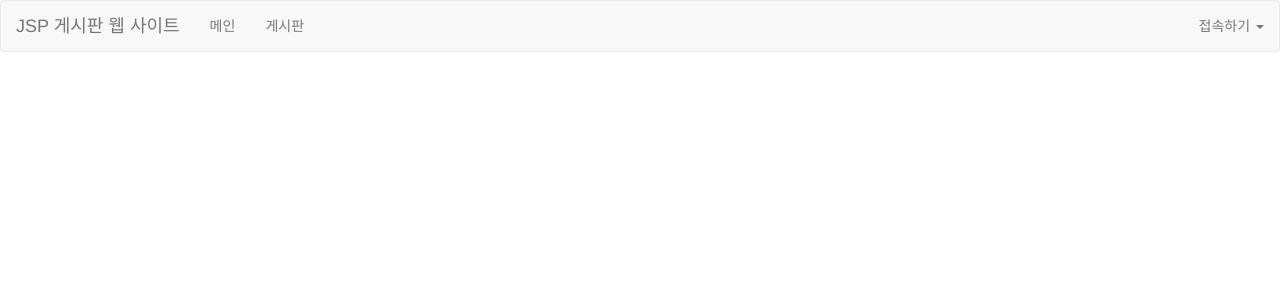
Repository: TheChok/BbsClone
Page: http://localhost/BBS/join.jsp
The author's editor kept a copy of each file at every save. The page is drawn from the files as they stood at one save, then again after the next save.
The browser window is 1280 px wide. The pictures show the whole page.
Some web libraries are served in a nearby version. The page is served by Tomcat 9. Other server files are loaded and not shown.

Above is the page before, as saved 2023-09-20 11:47:08.

### BBS/src/main/webapp/join.jsp
<%@ page language="java" contentType="text/html; charset=UTF-8" pageEncoding="UTF-8"%>
<!DOCTYPE html>
<html>
<head>
	<meta http-equiv="Content-Type" content="text/html; charset=UTF-8">
	<meta name="viewport" content="width=device-width", initial-scale="1">
	<link rel="stylesheet" href="css/bootstrap.css">
	<title>JSP 게시판 웹 사이트</title>

</head>
<body>

	<!-- navbar -->
	<nav class="navbar navbar-default">
		<div class="navbar-header">
			<button type="button" class="navbar-toggle"
				data-toggle="collapse" data-target="#bs-example-navbar-collapse-1"
				aria-expanded="false">
				<span class="icon-bar"></span>
				<span class="icon-bar"></span>
				<span class="icon-bar"></span>
			</button>
			<a class="navbar-brand" href="main.jsp">JSP 게시판 웹 사이트</a>
		</div>
		<div class="collapse navbar-collapse" id="bs-example-navbar-collapse-1">
			<ul class="nav navbar-nav">
				<li><a href="main.jsp">메인</a></li>
				<li><a href="bbs.jsp">게시판</a></li>
			</ul>
			<ul class="nav navbar-nav navbar-right">
				<li class="dropdown">
					<a href="#" class="dropdown-toggle"
						data-toggle="dropdown" role="button" aria-haspopup="true"
						aria-expanded="false">
						접속하기
						<span class="caret"></span>
					</a>
				</li>
			</ul>
		</div>
	</nav>
	<!-- End - navbar -->


	<script src="https://code.jquery.com/jquery-3.1.1.min.js"></script>
	<script src="js/bootstrap.js"></script>
</body>
</html>

Loaded but not shown: BBS/src/main/webapp/css/bootstrap.css (library); BBS/src/main/webapp/js/bootstrap.js (library)

After the next save:
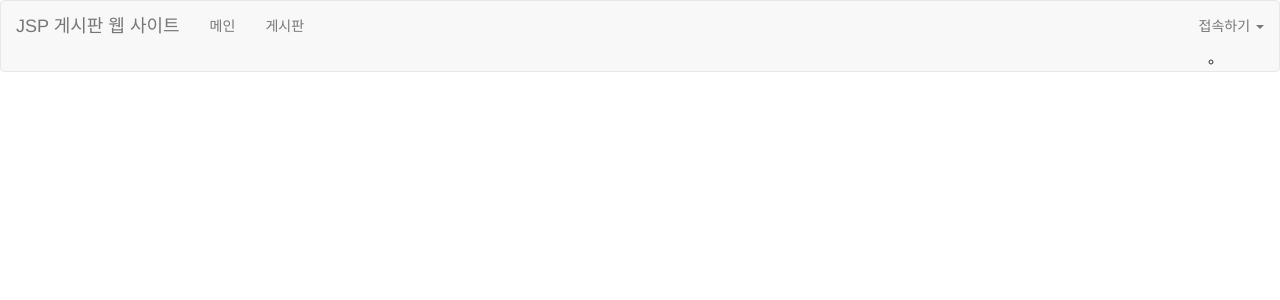
Saved 91 s later.
--- a/BBS/src/main/webapp/join.jsp
+++ b/BBS/src/main/webapp/join.jsp
@@ -35,6 +35,9 @@
 						접속하기
 						<span class="caret"></span>
 					</a>
+					<ul>
+						<li></li>
+					</ul>
 				</li>
 			</ul>
 		</div>

After the save that followed:
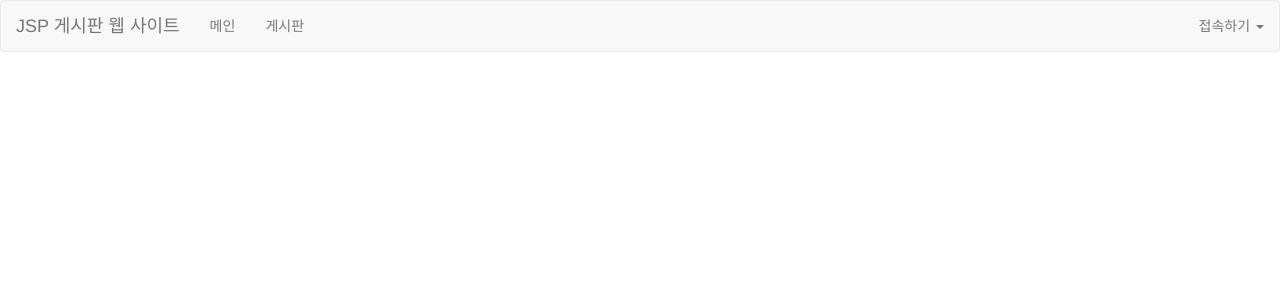
Saved 7 s later.
--- a/BBS/src/main/webapp/join.jsp
+++ b/BBS/src/main/webapp/join.jsp
@@ -35,7 +35,7 @@
 						접속하기
 						<span class="caret"></span>
 					</a>
-					<ul>
+					<ul class="dropdown-menu">
 						<li></li>
 					</ul>
 				</li>
